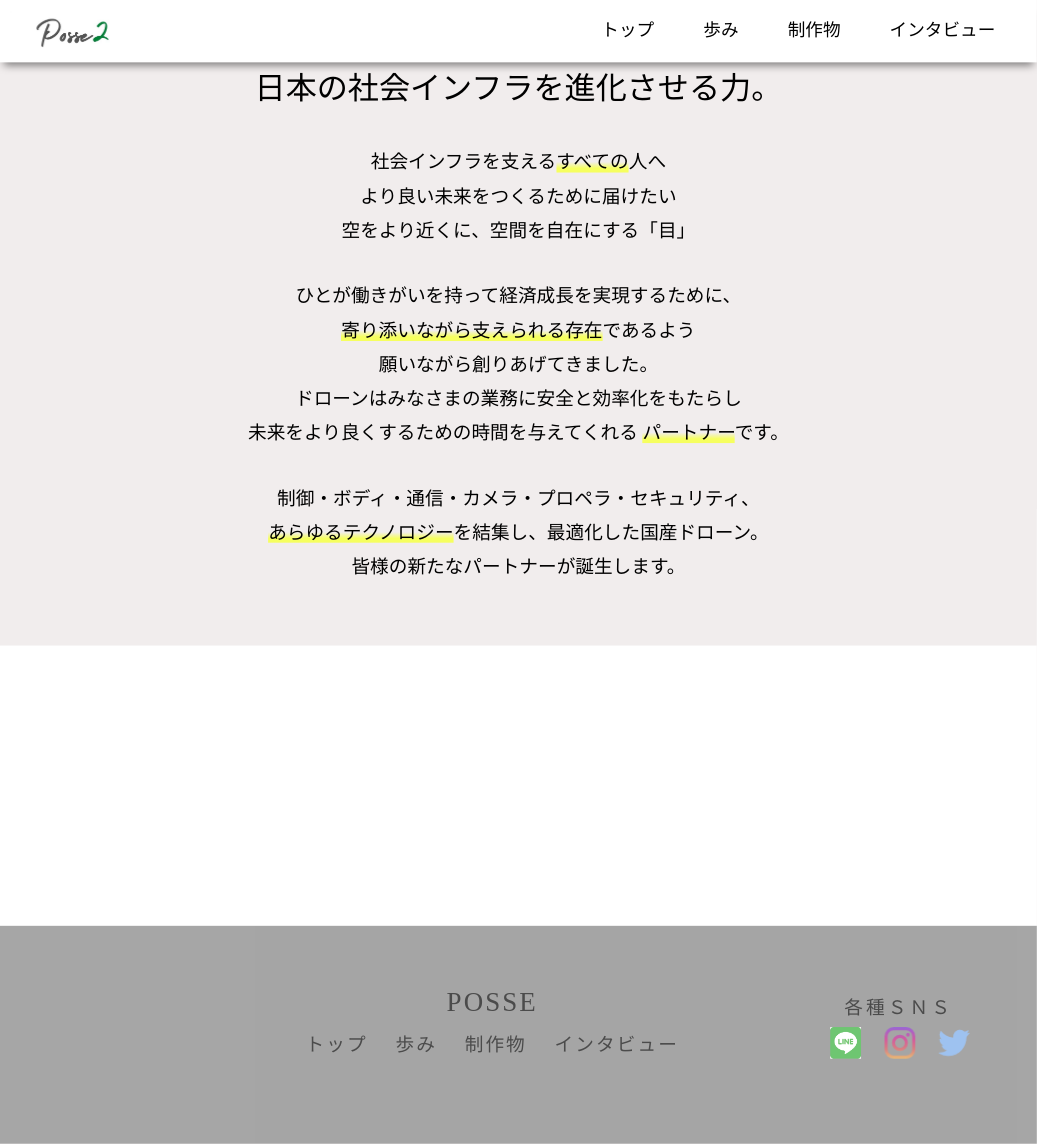
Repository: posse-ap/posse2-hackathon-202202-team2A
Page: topPage/index.html
The author's editor kept a copy of each file at every save. The page is drawn from the files as they stood at one save, then again after the next save.
The browser window is 1280 px wide. The pictures show the whole page, at 81% of full size.

Above is the page before, as saved 2022-02-15 03:09:13.

### topPage/index.html
<!DOCTYPE html>
<html lang="en">

<head>
    <meta charset="UTF-8" />
    <meta http-equiv="X-UA-Compatible" content="IE=edge" />
    <meta name="viewport" content="width=device-width, initial-scale=1.0" />
    <title>Document</title>
    <link rel="stylesheet" href="/reset.css" />
    <link rel="stylesheet" href="/topPage/style.css" />
</head>

<body>
    <!-- <header id="header" class="header">
        <div class="header_content">
            <div class="header_title">
                <img src="/topPage images/S__31211608.jpg" alt="" class="header_title_img">
            </div>
            <div class="header_links">
                <ul>
                    <li><a href="">トップページ</a></li>
                    <li><a href="">活動記録</a></li>
                    <li><a href="">日常の記録</a></li>
                    <li><a href="">保護者の方へ</a></li>
                </ul>
            </div>
        </div>
    </header> -->

    <header id="header" class="header">
        <div class="header_content">
            <div class="header_title">
                <img src="/topPage images/S__31211608.jpg" alt="" class="header_title_img">
            </div>
            <!-- ①サイトタイトル -->
            <div class="nav-wrapper header_links">
                <!-- ②ナビゲーションメニュー -->
                <nav class="header-nav">
                    <ul class="nav-list">
                        <li class="nav-item">
                            <a href="">トップ</a>
                        </li>
                        <li class="nav-item">
                            <a href="">歩み</a>
                        </li>
                        <li class="nav-item">
                            <a href="">制作物</a>
                        </li>
                        <li class="nav-item">
                            <a href="">インタビュー</a>
                        </li>
                    </ul>
                </nav>
            </div>
            <button class="burger-btn">
                <!-- ③ハンバーガーボタン -->
                <span class="bar bar_top"></span>
                <span class="bar bar_mid"></span>
                <span class="bar bar_bottom"></span>
            </button>
        </div>
    </header>

    <section class="section">
        <div>
            <h2>日本の社会インフラを進化させる力。</h2>
        <p>社会インフラを支える<span class="highlight">すべての</span>人へ<br>
            より良い未来をつくるために届けたい<br>
            空をより近くに、空間を自在にする「目」</p>
        <p>ひとが働きがいを持って経済成長を実現するために、<br>
            <span class="highlight">寄り添いながら支えられる存在</span>であるよう<br>
            願いながら創りあげてきました。<br>
            ドローンはみなさまの業務に安全と効率化をもたらし<br>
            未来をより良くするための時間を与えてくれる <span class="highlight">パートナー</span>です。</p>
        <p>制御・ボディ・通信・カメラ・プロペラ・セキュリティ、<br>
            <span class="highlight">あらゆるテクノロジー</span>を結集し、最適化した国産ドローン。<br>
            皆様の新たなパートナーが誕生します。</p>
        </div>
    </section>



    <footer class="footer">
        <div class='footer_box'>
            <div class="footer_box1">
                <div class='footer_official_box'>
                    <label for="logo"><p>POSSE</p></label>
                    <!-- <a id='logo'  href="https://posse.anti-pattern.co.jp/"><img class='posse_logo_footer' src="img\posseLogo.png" alt="ポッセロゴ"></a> -->
                </div>
                <div class='footer_other_box'>
                    <div class='footer_page_in_site'>
                        <a href="">トップ</a>
                        <a href="">歩み</a>
                        <a href="">制作物</a>
                        <a href="">インタビュー</a>
                    </div>
                </div>
            </div>
            <div class='SNS'>
                <p>各種ＳＮＳ</p>
                <div class='SNS_box'>
                    <a href=""><img src="/topPage images/LINE.png" alt=""></a>
                    <a href="https://instagram.com/posse_programming?utm_medium=copy_link"><img src="/topPage images/instagram2.png" alt="instagram"></a>
                    <a href="https://twitter.com/posse_program?s=20"><img src="/topPage images/twitter2.png" alt="twitter"></a>
                </div>
            </div>
        </div>
    </footer>

    <script src="https://ajax.googleapis.com/ajax/libs/jquery/3.6.0/jquery.min.js"></script>
    <script src="/topPage/script.js"></script>
</body>

</html>

### topPage/style.css
html {
    font-size: 1vw;
}

body {
    text-align: center;
    margin: 0 auto;
    font-family: "ヒラギノ丸ゴ Pro W4", "ヒラギノ丸ゴ Pro", "Hiragino Maru Gothic Pro", "ヒラギノ角ゴ Pro W3", "Hiragino Kaku Gothic Pro", "HG丸ｺﾞｼｯｸM-PRO", "HGMaruGothicMPRO";
}

.header_content {
    width: 95%;
    height: 90%;
    display: flex;
    justify-content: space-between;
    opacity: 1;
    margin: 0 6rem 0.3rem 1rem;
}

.header_title {
    display: flex;
}

.header_title_img {
    display: block;
    width: 12rem;
    height: 4rem;
    opacity: 1;
}



.header_links {
    width: 40%;
    padding: 1rem 0 0 0;
}

.header_links ul {
    display: flex;
    justify-content: space-between;
}

.header_links li a {
    display: block;
    color: black;
    text-decoration: none;
    font-size: 1.7rem;
}

.header_links li a:hover {
    opacity: 0.4;
    transform: translate(0, -5px);
}


.header {
    width: 100%;
    height: 6rem;
    background: white;
    position: fixed;
    top: 0;
    left: 0;
    padding-top: 1.1rem;
    box-sizing: border-box;
    z-index: 5;
    box-shadow: 0px 10px 10px -5px rgba(0, 0, 0, 0.5);
}

.SNS_box{
    width: 150%;
}


/* -------------------- */
/* header
  /* -------------------- */
/* .header {
    align-items: center;
    background-color: #1b1310;
    border-bottom: 1px solid #fff;
    color: #fff;
    display: flex;
    height: 74px;
    justify-content: space-between;
    padding: 0 120px;
} */

/* .nav-list {

    display: flex;
} */

/* .nav-item {

    margin-right: 55px;
} */

.burger-btn {
    display: none;
}

/* ------------------ */
/* fv
  /* ------------------ */
.fv {
    align-items: center;
    background-color: #141414;
    background-image: url(../img/fv-bgi@2x.jpg);
    background-position: center;
    background-size: cover;
    display: flex;
    flex-direction: column;
    height: 90vh;
    justify-content: center;
}

/* .main-copy {
    border: 2px solid #fff;
    color: #fff;
    font-size: 50px;
    font-weight: bold;
    padding: 34px 42px;
} */

/* ------------------ */
/* about
  /* ------------------ */
.section-title {
    font-size: 36px;
    font-weight: bold;
    letter-spacing: .05em;
    margin-bottom: 70px;
    text-align: center;
}

h3 {
    font-size: 2.4rem;
    font-weight: bold;
    letter-spacing: .1em;
    line-height: 2;
    margin-bottom: 40px;
}

.section-wrapper {
    padding: 100px 10% 50px;
}

@media screen and (min-width:541px) and (max-width:1024px) {
    .header{
        height: 10rem;
    }

    .header_content{
        padding-top: 2rem;
    }

    .header_title_img{
        width: 100%;
        height: 70%;
    }

    .header_links li a{
        font-size: 2.7rem;
        margin-top: 0;
    }

    .header_links{
        width: 50%;
    }
}

@media screen and (max-width:540px) {

    /* ----------------------- */
    /* base_sp
    /* ----------------------- */
    /* デフォルトのbuttonスタイルをリセット */
    button {
        -webkit-appearance: none;
        -moz-appearance: none;
        appearance: none;
        background: transparent;
        border: 0;
        border-radius: 0;
        color: inherit;
        cursor: pointer;
        font: inherit;
        margin: 0;
        outline: none;
        padding: 0;
        vertical-align: middle;
    }

    /* ------------------ */
    /* humberger-menu */
    /* ------------------ */
    .header {
        padding: 0;
        height: 15rem;
    }

    .header_title_img{
        margin-top: 2rem;
        width: 30rem;
        height: 10rem;
    }

    /* 以下、ハンバーガーボタン */
    .burger-btn {
        display: block;
        height: 22%;
        position: relative;
        width: 20%;
        z-index: 3;
        /* codepenの挙動のため */
        background-color: transparent;
        border: none;
        margin-top: 6rem;
    }



    .bar {
        background-color: black;
        display: block;
        height: 0.1rem;
        left: 50%;
        position: absolute;
        transform: translateX(-50%);
        width: 7rem;
    }

    .bar_top {
        top: 3rem;
    }

    .bar_mid {
        top: 50%;
        transform: translate(-50%, -50%);
    }

    .bar_bottom {
        bottom: 3rem;
    }

    .burger-btn.close{
        margin-top: 8.4rem;
    }

    .burger-btn.close .bar_top {
        transform: translate(-50%,-4.3rem) rotate(45deg);
        transition: transform .3s;
    }

    .burger-btn.close .bar_mid {
        opacity: 0;
        transition: opacity .3s;
    }

    .burger-btn.close .bar_bottom {
        transform: translate(-50%, -1rem) rotate(-45deg);
        transition: transform .3s;
    }

    /* スクロール制御 */
    .noscroll {
        overflow: hidden;
    }

    /* 以下、ハンバーガーメニュー */
    .nav-wrapper {
        visibility: hidden;
        height: 100vh;
        left: 0;
        position: fixed;
        top: 0;
        width: 100vw;
        opacity: 0;
        transition: opacity .5s;
        z-index: 2;
        /*キービジュアルと.btn_triggerとの重なりの前後関係を調整*/
    }

    .header-nav {
        background-color: white;
        height: 100%;
        width: 100%;
        z-index: 2;
    }

    .header_links ul{
        display: block;
    }

    .nav-list {
        display: block;
        left: 50%;
        position: absolute;
        text-align: center;
        top: 50%;
        transform: translate(-50%, -50%);
    }

    .nav-item {
        margin-bottom: 40px;
        margin-right: 0;
    }

    .header_links li a{
        font-size: 5rem;
    }

    /* メニューオープン時 */
    .nav-wrapper.fade {
        opacity: 1;
        visibility: visible;
    }

    /* ------------------ */
    /* fv */
    /* ------------------ */
    .main-copy {
        font-size: 30px;
    }

    /* ------------------ */
    /* about */
    /* ------------------ */
    h3 {
        font-size: 20px;
        margin-bottom: 30px;
    }

    .section-wrapper {
        padding: 100px 5% 50px;
    }
}

/* ふったー */
.footer {
    background-color: grey;
    opacity: 0.7;
}

.footer_box {
    width: 65%;
    height: 15rem;
    display: flex;
    justify-content: space-around;
    padding: 6rem 0 0 0;
    position: relative;
    right: -23%;
    margin-top: 27rem;
}

.footer_official_box label p {
    color: black;
    font-size: 2.6rem;
    letter-spacing: 0.2rem;
}

.footer_official_box label p:hover {
    opacity: 0.4;
    transform: translate(0, -5px);
}

.footer_page_in_site a {
    color: black;
    text-decoration: none;
    font-size: 1.8rem;
    letter-spacing: 0.2rem;
}

.footer_page_in_site a:hover {
    opacity: 0.4;
    transform: translate(0, -5px);
}

.SNS {
    width: 14%;
}

.SNS_box a {
    margin: 1rem;
}

.SNS_box a img {
    width: 3rem;
    height: 3rem;
}

.SNS_box a :hover {
    opacity: 0.4;
    transform: translate(0, -5px);
}

.SNS p {
    color: black;
    font-size: 1.8rem;
    margin: 1rem 0;
    margin-left: 6rem;
    letter-spacing: 0.3rem;
    white-space: nowrap;
}

/* .SNS p:hover {
    opacity: 0.4;
    transform: translate(0, -5px);
} */

.posse_logo_footer {
    width: 80%;
    height: 40%;
}

.footer_other_box {
    font-size: 1.5rem;
    letter-spacing: 0.3rem;
    margin: 2rem;
}

.footer_page_in_site a {
    margin: 0 1rem;
}

.SNS_box{width: 250%;}

@media screen and (min-width:541px) and (max-width:1024px) {
    .footer{
        height: 30rem;
    }

    .footer_official_box label p{
        font-size: 7rem;
    }

    .SNS p{
        display: block;
        margin-left: 0;
        margin: 3rem auto;
        font-size: 3rem;
        white-space: nowrap;
    }

    .footer_page_in_site a{
        font-size: 3rem;
    }

    .footer_box{
        width: 75%;
        display: block;
        right: -13%;
    }

    .SNS{
        margin: 0 auto;
        width: 100%;
    }

    .SNS_box{
        width: 100%;
    }


    .footer_official_box label p{
        font-size: 4rem;
    }

    .SNS_box a img {
        width: 5rem;
        height: 5rem;
    }
}


@media screen and (max-width:540px) {
    .footer_box {
        display: block;
        height: 20rem;
        margin:  20rem 0;
        right: -5%;
        width: 90%;
    }

    .footer_official_box label p{
        font-size: 10rem;
    }

    .footer_page_in_site a{
        font-size: 5rem;
        display: block;
    }

    .footer_page_in_site{
        display: block;
        line-height: 7rem;
    }

    .footer{
        height: 70rem;
    }

    .SNS{
        margin: 0 auto;
        width: 100%;
    }

    .SNS p{
        margin-left: 0;
        display: block;
        width: 50rem;
        margin: 3rem auto;
        font-size: 7rem;
        white-space: nowrap
    }

    .SNS_box{
        width: 100%;
    }

    .SNS_box a img {
        width: 7rem;
        height: 7rem;
    }
}

.section div {
    background-color: rgb(241, 237, 237);
    padding: 3rem;
}

.section div h2 {
    font-size: 3rem;
    margin: 4rem;
}

.section div p {
    font-size: 1.8rem;
    margin: 3rem;
    line-height: 3.3rem;
}

.section2 {
    padding: 7rem 0;
}

.highlight {
    background: linear-gradient(transparent 50%, #f6ff5f 80%);
}

### topPage/script.js
$('.burger-btn').on('click', function () {//.btn_triggerをクリックすると
    $('.burger-btn').toggleClass('close');//.btn_triggerにcloseクラスを付与(ボタンのアニメーション)
    $('.nav-wrapper').toggleClass('fade');//.nav-wrapperに
    $('body').toggleClass('noscroll');//bodyにnoscrollクラスを付与(スクロールを固定)
});

Loaded but not shown: reset.css (common file)

After the next save:
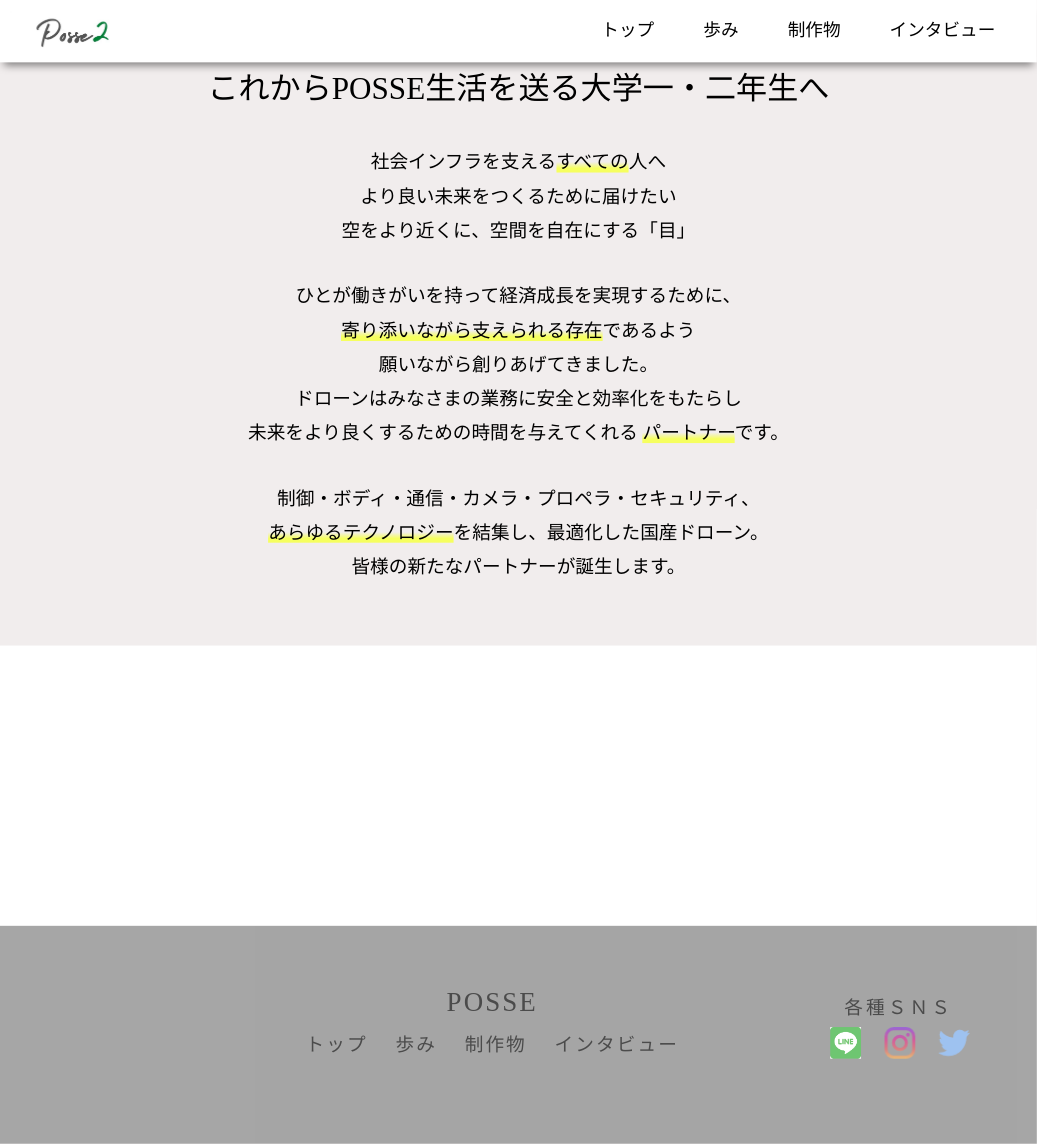
Saved 44 s later.
--- a/topPage/index.html
+++ b/topPage/index.html
@@ -63,7 +63,7 @@
 
     <section class="section">
         <div>
-            <h2>日本の社会インフラを進化させる力。</h2>
+            <h2>これからPOSSE生活を送る大学一・二年生へ</h2>
         <p>社会インフラを支える<span class="highlight">すべての</span>人へ<br>
             より良い未来をつくるために届けたい<br>
             空をより近くに、空間を自在にする「目」</p>
